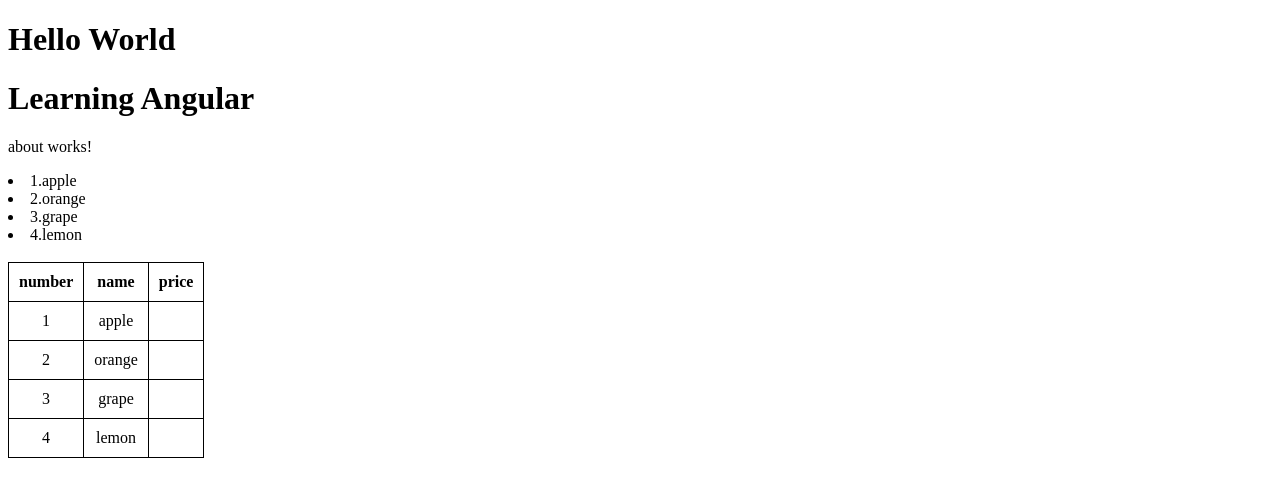
Repository: PhamTrungNguyen/Angular12
Page: / (app in Angular/)
An editor plug-in stored every save of this project. The page is shown before and after a run of saves, followed by the edit.
The browser window is 1280 px wide. The pictures show the whole page.
The project was rebuilt for these pictures with package versions that can differ from the ones it lists, and the page was loaded fresh each time. Also part of the build but not shown: Angular/angular.json, Angular/src/app/home/home.component.ts.

Above is the page before, as saved 2022-12-31 23:21:29.

### Angular/src/app/app.module.ts
import { NgModule } from '@angular/core';
import { BrowserModule } from '@angular/platform-browser';

import { AppRoutingModule } from './app-routing.module';
import { AppComponent } from './app.component';
import { HomeComponent } from './home/home.component';
import { AboutComponent } from './about/about.component';
import { FormsModule } from '@angular/forms';
@NgModule({
  declarations: [AppComponent, HomeComponent, AboutComponent],
  imports: [BrowserModule, AppRoutingModule, FormsModule],
  providers: [],
  bootstrap: [AppComponent],
})
export class AppModule {}

### Angular/src/app/about/about.component.ts
import { Component } from '@angular/core';

@Component({
  selector: 'app-about',
  templateUrl: './about.component.html',
  styleUrls: ['./about.component.scss'],
})
export class AboutComponent {
  public fruit = ['apple', 'orange', 'grape', 'lemon'];
  public fruit2 = [
    { name: 'apple', price: 10 },
    { name: 'orange', price: -12 },
    { name: 'grape', price: -14 },
    { name: 'lemon', price: 15 },
  ];

  public ngOnInit(): void {
    console.log('Fruit', this.fruit);
  }
}

### Angular/src/app/app.component.html
<h1>Hello World</h1>
<h1>Learning Angular</h1>
<!-- <app-home></app-home> -->
<app-about></app-about>

### Angular/src/app/about/about.component.html
<p>about works!</p>
<div *ngFor="let item of fruit; let i=index">
    <li>{{i+1}}.{{ item }}</li>
</div>
<br>
<table class="table">
    <thead>
        <tr>
            <th>number</th>
            <th>name</th>
            <th>price</th>
        </tr>
    </thead>
    <tbody>
        <tr *ngFor="let item of fruit2; let i=index">
            <td>{{i+1}}</td>
            <td>{{item.name}}</td>
            <td>
                <!-- <span [ngClass]="{'text' : item.price <0}"> -->
                <span *ngIf="item.price <0 then text">

                    {{item.price}}
                </span>
            </td>
        </tr>
    </tbody>
</table>

### Angular/src/app/about/about.component.scss
.table,
td,
th {
  border-collapse: collapse;
  border: 1px solid #000;
  padding: 10px;
  text-align: center;
}
.text {
  color: red;
}

Loaded but not shown: Angular/src/index.html (common file); Angular/src/styles.scss (common file); Angular/src/main.ts (common file); Angular/src/app/app-routing.module.ts (common file); Angular/src/app/app.component.ts (common file); Angular/src/app/app.component.scss (no stored copy; drawn as an empty file)

After the next 2 saves:
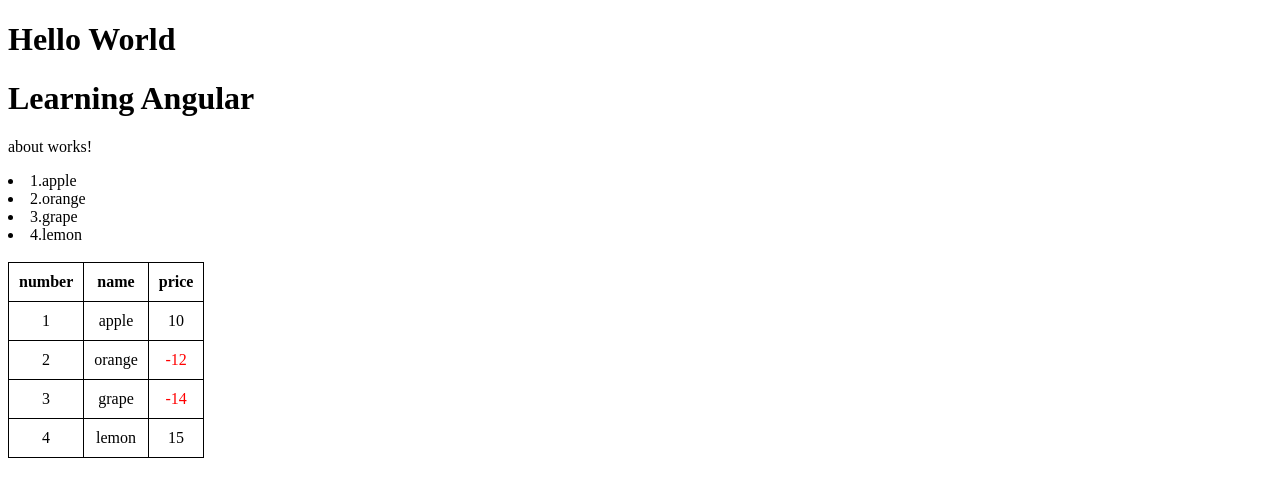
The 2 saves are shown as one change because 1 did not build or start.
The last was saved 10 s later.
--- a/Angular/src/app/about/about.component.html
+++ b/Angular/src/app/about/about.component.html
@@ -16,8 +16,8 @@
             <td>{{i+1}}</td>
             <td>{{item.name}}</td>
             <td>
-                <!-- <span [ngClass]="{'text' : item.price <0}"> -->
-                <span *ngIf="item.price <0 then text">
+                <span [ngClass]="{'text' : item.price <0}">
+                    <!-- <span *ngIf="item.price <0 then 'text'"> -->
 
                     {{item.price}}
                 </span>
